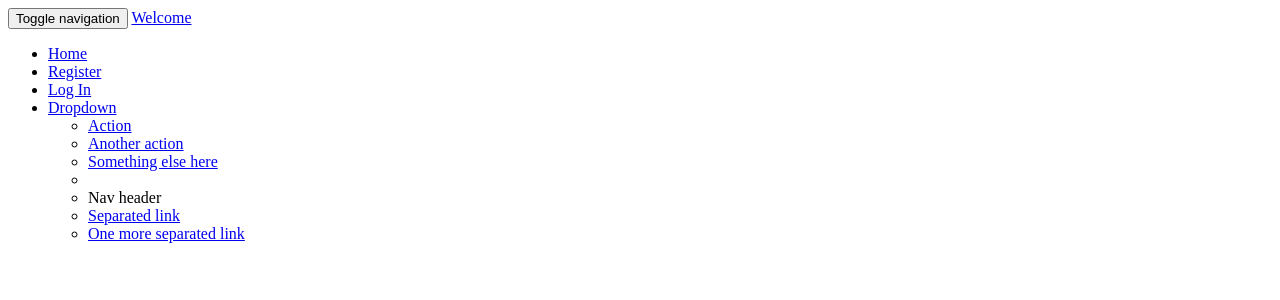
Repository: ese-unibe-ch/ese2014-team2
Page: http://localhost/Skeleton/pages/template/navbarAnonymous.jsp
The author's editor kept a copy of each file at every save. The page is drawn from the files as they stood at one save, then again after the next save.
The browser window is 1280 px wide. The pictures show the whole page.
The page is served by Tomcat 9. Nobody is signed in. The application's start-up code is not run. Other server files are loaded and not shown.

Above is the page before, as saved 2014-10-30 13:05:24.

### Skeleton/src/main/webapp/pages/template/navbarAnonymous.jsp
    <!-- Fixed navbar -->
    <nav class="navbar navbar-inverse navbar-fixed-top" role="navigation">
      <div class="container">
        <div class="navbar-header">
          <button type="button" class="navbar-toggle collapsed" data-toggle="collapse" data-target="#navbar" aria-expanded="false" aria-controls="navbar">
            <span class="sr-only">Toggle navigation</span>
            <span class="icon-bar"></span>
            <span class="icon-bar"></span>
            <span class="icon-bar"></span>
          </button>
          <a class="navbar-brand" href="#">Welcome</a>
        </div>
        <div id="navbar" class="navbar-collapse collapse">
          <ul class="nav navbar-nav">
            <li class="active"><a href="#">Home</a></li>
            <li><a href="#about">Register</a></li>
            <li><a href="#contact">Log In</a></li>
            <li class="dropdown">
              <a href="#" class="dropdown-toggle" data-toggle="dropdown">Dropdown <span class="caret"></span></a>
              <ul class="dropdown-menu" role="menu">
                <li><a href="#">Action</a></li>
                <li><a href="#">Another action</a></li>
                <li><a href="#">Something else here</a></li>
                <li class="divider"></li>
                <li class="dropdown-header">Nav header</li>
                <li><a href="#">Separated link</a></li>
                <li><a href="#">One more separated link</a></li>
              </ul>
            </li>
          </ul>
        </div><!--/.nav-collapse -->
      </div>
    </nav>

After the next save:
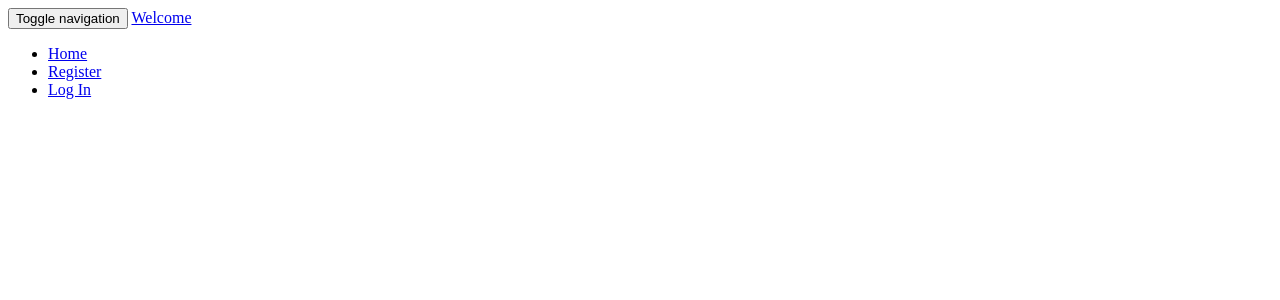
Saved 20 s later.
--- a/Skeleton/src/main/webapp/pages/template/navbarAnonymous.jsp
+++ b/Skeleton/src/main/webapp/pages/template/navbarAnonymous.jsp
@@ -15,18 +15,6 @@
             <li class="active"><a href="#">Home</a></li>
             <li><a href="#about">Register</a></li>
             <li><a href="#contact">Log In</a></li>
-            <li class="dropdown">
-              <a href="#" class="dropdown-toggle" data-toggle="dropdown">Dropdown <span class="caret"></span></a>
-              <ul class="dropdown-menu" role="menu">
-                <li><a href="#">Action</a></li>
-                <li><a href="#">Another action</a></li>
-                <li><a href="#">Something else here</a></li>
-                <li class="divider"></li>
-                <li class="dropdown-header">Nav header</li>
-                <li><a href="#">Separated link</a></li>
-                <li><a href="#">One more separated link</a></li>
-              </ul>
-            </li>
           </ul>
         </div><!--/.nav-collapse -->
       </div>
